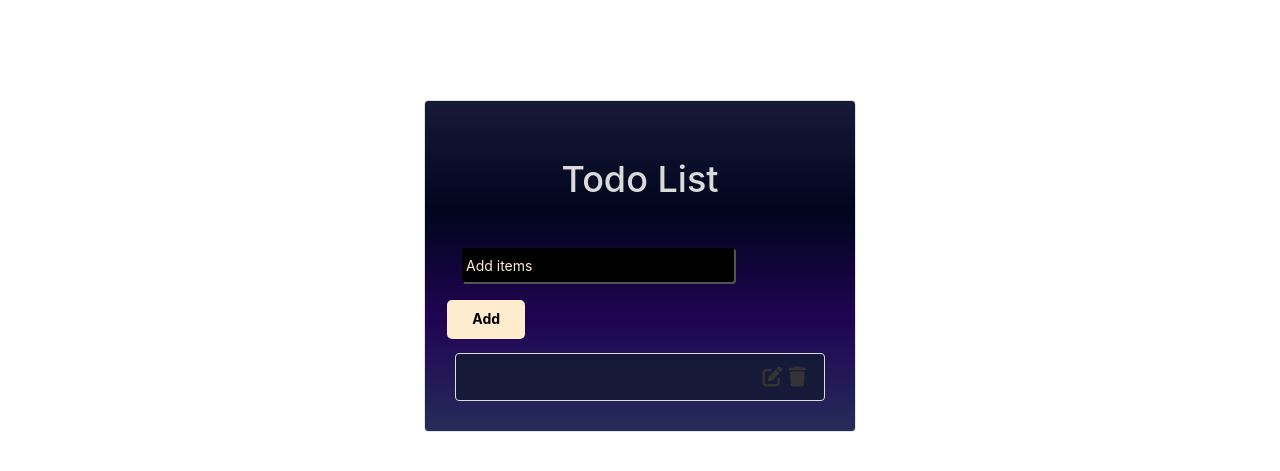
Repository: arpana23/Todo-list
Page: /, after clicking the first element matching `button.btn`
The author's editor kept a copy of each file at every save. The page is drawn from the files as they stood at one save, then again after the next save.
The browser window is 1280 px wide. The pictures show the whole page.
Some web libraries are served in a nearby version. The project was rebuilt for these pictures with package versions that can differ from the ones it lists, and the page was loaded fresh each time.

Above is the page before, as saved 2021-04-15 18:08:00.

After the next save:
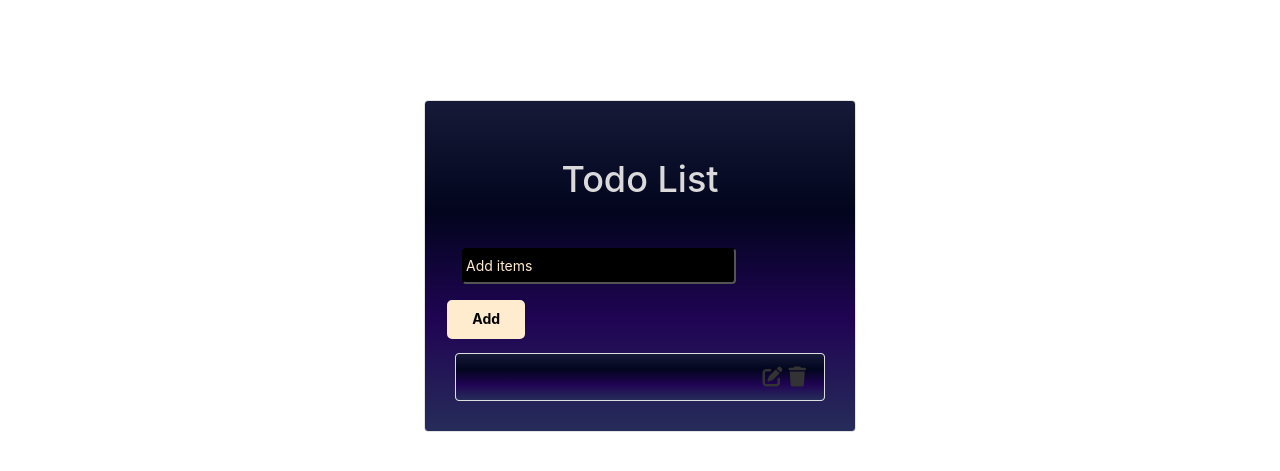
Saved 28 s later.
--- a/src/App.css
+++ b/src/App.css
@@ -79,7 +79,7 @@
 
 .list-group-item {
   word-wrap: break-word;
-  background-color: rgb(22, 26, 56);
+  background-image: linear-gradient(rgb(22, 26, 56),rgb(2, 5, 29),rgb(32, 4, 84),rgb(38, 44, 89));
 }
 
 .my-text {
